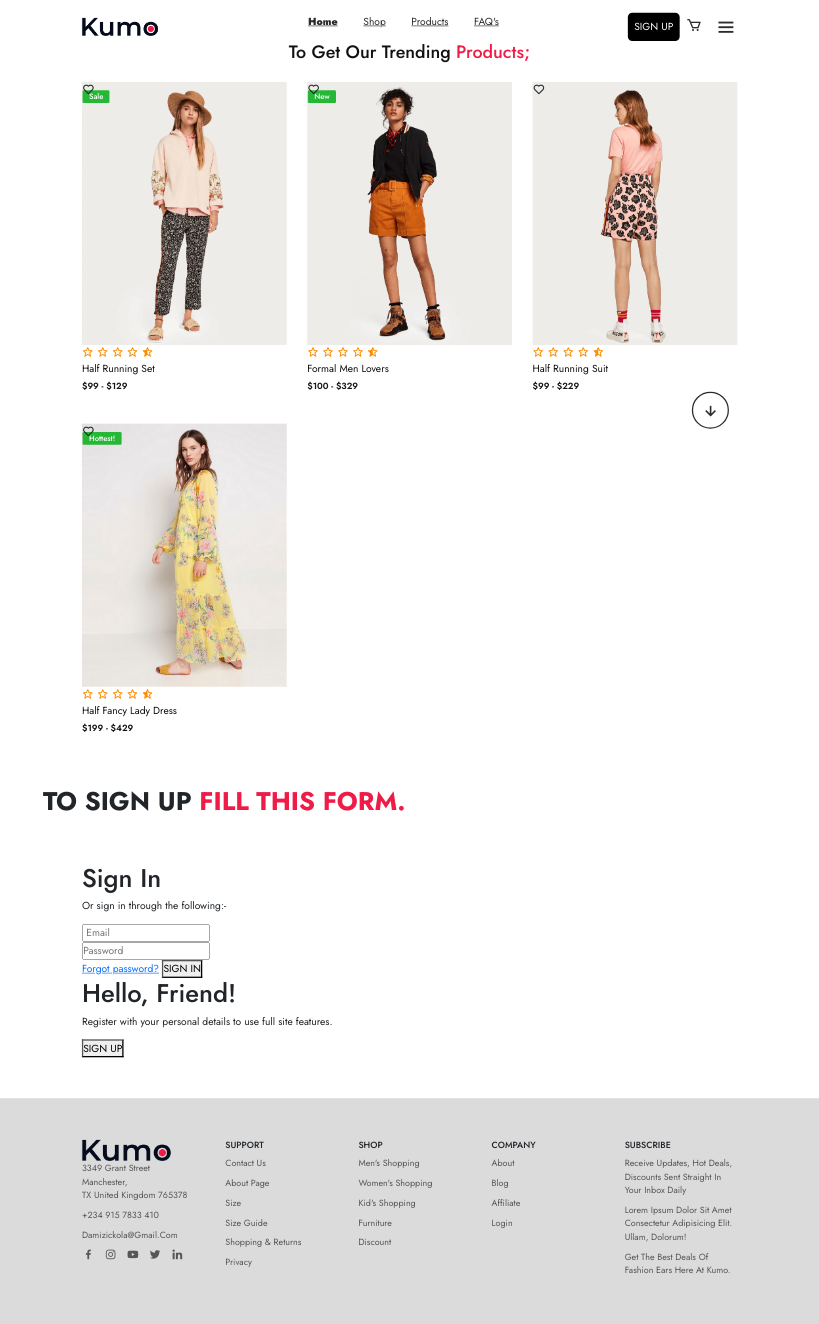
Repository: isaacCodes1/Kumo-Website.
Page: form.html
These files come from the project's save history. The page is drawn as it stood at one moment and after the next save; the edit follows.
The browser window is 1280 px wide. The pictures show the whole page, at 64% of full size.

Above is the page before, as saved 2024-03-26 11:30:07.

### form.html
<!DOCTYPE html>
<html lang="en">
  <head>
    <meta charset="UTF-8" />
    <meta name="viewport" content="width=device-width, initial-scale=1.0" />
    <link rel="stylesheet" href="style.css" />
    <link rel="stylesheet" href="Mediaquery.css" />
    <link rel="preconnect" href="https://fonts.googleapis.com" />
    <link rel="preconnect" href="https://fonts.gstatic.com" crossorigin />
    <link
      href="https://fonts.googleapis.com/css2?family=Bricolage+Grotesque:opsz,wght@12..96,200..800&family=Jost:ital,wght@0,100..900;1,100..900&family=Montserrat:ital,wght@0,100..900;1,100..900&family=Poppins:ital,wght@0,100;0,200;0,300;0,400;0,500;0,600;0,700;0,800;0,900;1,100;1,200;1,300;1,400;1,500;1,600;1,700;1,800;1,900&display=swap"
      rel="stylesheet"
    />
    <link
      rel="stylesheet"
      href="https://cdnjs.cloudflare.com/ajax/libs/font-awesome/6.5.1/css/all.min.css"
      integrity="sha512-DTOQO9RWCH3ppGqcWaEA1BIZOC6xxalwEsw9c2QQeAIftl+Vegovlnee1c9QX4TctnWMn13TZye+giMm8e2LwA=="
      crossorigin="anonymous"
      referrerpolicy="no-referrer"
    />
    <link
      rel="stylesheet"
      href="https://unpkg.com/boxicons@latest/css/boxicons.min.css"
    />
    <link
      href="https://cdn.jsdelivr.net/npm/bootstrap@5.2.3/dist/css/bootstrap.min.css"
      rel="stylesheet"
      integrity="sha384-rbsA2VBKQhggwzxH7pPCaAqO46MgnOM80zW1RWuH61DGLwZJEdK2Kadq2F9CUG65"
      crossorigin="anonymous"
    />
    <script
      src="https://cdn.jsdelivr.net/npm/bootstrap@5.2.3/dist/js/bootstrap.bundle.min.js"
      integrity="sha384-kenU1KFdBIe4zVF0s0G1M5b4hcpxyD9F7jL+jjXkk+Q2h455rYXK/7HAuoJl+0I4"
      crossorigin="anonymous"
    ></script>
    <title>Document</title>
  </head>
  <body>
    <header>
      <a href="index.html" class="logo"><img src="Assets/logo.png" alt="" /></a>
      <ul class="navmenu">
        <li><a style="font-weight: 900" href="index.html">Home</a></li>
        <li><a href="shop.html">Shop</a></li>
        <li><a href="products.html">Products</a></li>
        <li><a href="Questions.html">FAQ's</a></li>
      </ul>
      <div class="nav-icon">
        <a href="form.html" class="yes">SIGN UP</a>
        <a href="#"><i class="bx bx-cart"></i></a>
        <div class="bx bx-menu" id="menu-icon"></div>
      </div>
    </header>
    <!-- <trending-products-section-->
    <section class="trending-product" id="trending">
      <div class="center-text">
        <h2>To Get Our Trending <span>Products;</span></h2>
      </div>
      <div class="products">
        <div class="row">
          <img src="/Assets/1.jpg" alt="" />
          <div class="product-text">
            <h5>Sale</h5>
          </div>
          <div class="heart-icon">
            <i class="bx bx-heart"></i>
          </div>
          <div class="ratting">
            <i class="bx bx-star"></i>
            <i class="bx bx-star"></i>
            <i class="bx bx-star"></i>
            <i class="bx bx-star"></i>
            <i class="bx bxs-star-half"></i>
          </div>
          <div class="price">
            <h4>Half Running Set</h4>
            <p>$99 - $129</p>
          </div>
        </div>

        <div class="row">
          <img src="/Assets/2.jpg" alt="" />
          <div class="product-text">
            <h5>New</h5>
          </div>
          <div class="heart-icon">
            <i class="bx bx-heart"></i>
          </div>
          <div class="ratting">
            <i class="bx bx-star"></i>
            <i class="bx bx-star"></i>
            <i class="bx bx-star"></i>
            <i class="bx bx-star"></i>
            <i class="bx bxs-star-half"></i>
          </div>
          <div class="price">
            <h4>Formal Men Lovers</h4>
            <p>$100 - $329</p>
          </div>
        </div>
        <div class="row">
          <img src="/Assets/3.jpg" alt="" />
          <div class="heart-icon">
            <i class="bx bx-heart"></i>
          </div>
          <div class="ratting">
            <i class="bx bx-star"></i>
            <i class="bx bx-star"></i>
            <i class="bx bx-star"></i>
            <i class="bx bx-star"></i>
            <i class="bx bxs-star-half"></i>
          </div>
          <div class="price">
            <h4>Half Running Suit</h4>
            <p>$99 - $229</p>
          </div>
        </div>
        <div class="row">
          <img src="/Assets/4.jpg" alt="" />
          <div class="product-text">
            <h5>Hottest!</h5>
          </div>
          <div class="heart-icon">
            <i class="bx bx-heart"></i>
          </div>
          <div class="ratting">
            <i class="bx bx-star"></i>
            <i class="bx bx-star"></i>
            <i class="bx bx-star"></i>
            <i class="bx bx-star"></i>
            <i class="bx bxs-star-half"></i>
          </div>
          <div class="price">
            <h4>Half Fancy Lady Dress</h4>
            <p>$199 - $429</p>
          </div>
        </div>
      </div>
      <div class="down-arrow">
        <a href="#contact-info" class="down"
          ><i class="bx bx-down-arrow-alt"></i
        ></a>
      </div>
    </section>
    <h1 class="final">TO SIGN UP <span> FILL THIS FORM.</span></h1>
    <section class="section1">
      <div class="formContainer">
        <form class="form">
          <h1 class="pro3">Sign In</h1>
          <p>Or sign in through the following:-</p>
          <div>
            <input class="proi" type="email" placeholder=" Email" />
          </div>
          <div>
            <input class="proh" type="password" placeholder="Password" />
          </div>
          <a class="forget" href="#">Forgot password?</a>
          <button class="sign">SIGN IN</button>
        </form>
        <div class="contentText">
          <h1 class="hello">Hello, Friend!</h1>
          <p>
            Register with your personal details to use full site features.
          </p>
          <button class="pro2">SIGN UP</button>
        </div>
      </div>
    </section>

    <!-- contact-section -->

    <section class="contact">
      <div class="contact-info" id="contact-info">
        <div class="first-info">
          <img src="/Assets/logo.png" alt="" />
          <p>3349 Grant street Manchester, <br />TX United kingdom 765378</p>
          <p>+234 915 7833 410</p>
          <a href="https://mail.google.com/mail/u/0/#inbox"
            ><p>damizickola@gmail.com</p></a
          >

          <div class="social-icon">
            <a href="https://www.facebook.com/profile.php?id=61551880766580"
              ><i class="bx bxl-facebook"></i
            ></a>
            <a href="https://instagram.com"><i class="bx bxl-instagram"></i></a>
            <a href="https://www.youtube.com/watch?v=FaNTVjATYHQ"
              ><i class="bx bxl-youtube"></i
            ></a>
            <a href="#"><i class="bx bxl-twitter"></i></a>
            <a href="#"><i class="bx bxl-linkedin"></i></a>
          </div>
        </div>
        <div class="second-info">
          <h4>Support</h4>
          <p>Contact Us</p>
          <p>About Page</p>
          <p>Size</p>
          <p>Size Guide</p>
          <p>Shopping & Returns</p>
          <p>Privacy</p>
        </div>

        <div class="third-info">
          <h4>Shop</h4>
          <p>Men's Shopping</p>
          <p>Women's Shopping</p>
          <p>Kid's Shopping</p>
          <p>Furniture</p>
          <p>Discount</p>
        </div>
        <div class="fourth-info">
          <h4>Company</h4>
          <p>About</p>
          <p>Blog</p>
          <p>Affiliate</p>
          <p>Login</p>
        </div>

        <div class="five">
          <h4>Subscribe</h4>
          <p>
            Receive Updates, Hot Deals, Discounts Sent Straight In your Inbox
            Daily
          </p>
          <p>
            Lorem ipsum dolor sit amet consectetur adipisicing elit. Ullam,
            dolorum!
          </p>
          <p>Get The Best Deals Of Fashion ears Here At Kumo.</p>
        </div>
      </div>
    </section>
  </body>
  <script
    src="https://cdn.jsdelivr.net/npm/@popperjs/core@2.11.6/dist/umd/popper.min.js"
    integrity="sha384-oBqDVmMz9ATKxIep9tiCxS/Z9fNfEXiDAYTujMAeBAsjFuCZSmKbSSUnQlmh/jp3"
    crossorigin="anonymous"
  ></script>
  <script
    src="https://cdn.jsdelivr.net/npm/bootstrap@5.2.3/dist/js/bootstrap.min.js"
    integrity="sha384-cuYeSxntonz0PPNlHhBs68uyIAVpIIOZZ5JqeqvYYIcEL727kskC66kF92t6Xl2V"
    crossorigin="anonymous"
  ></script>
  <script src="java.js"></script>
</html>

### style.css
* {
  margin: 0;
  padding: 0;
  box-sizing: border-box;
  scroll-behavior: smooth;
  font-family: "Jost", sans-serif;
  list-style-type: none;
  text-decoration: none;
}
header {
  position: fixed;
  width: 100%;
  top: 0;
  right: 0;
  z-index: 1000;
  display: flex;
  align-items: center;
  justify-content: space-between;
  padding: 20px 10%;
}
.logo img {
  max-width: 120px;
  height: auto;
}
.navmenu {
  display: flex;
}
.navmenu li :hover {
  background: #000;
}
.navmenu a {
  color: #2c2c2c;
  font-size: 16px;
  text-transform: capitalize;
  padding: 10px 20px;
  font-weight: 400;
  transition: all 0.42s ease;
}
.navmenu a:hover {
  color: #ee1c47;
}
.nav-icon {
  display: flex;
  align-items: center;
}
.nav-icon i {
  margin-right: 20px;
  color: #2c2c2c;
  font-size: 25px;
  font-weight: 400;
  transition: all 0.42s ease;
}
.nav-icon i:hover {
  transform: scale(1.05);
  color: #ee1c47;
}
#menu-icon {
  font-size: 35px;
  color: #2c2c2c;
  z-index: 10001;
  cursor: pointer;
}
section {
  padding: 5% 10%;
}
.main-home {
  width: 100%;
  height: 100vh;
  background-image: url(Assets/banner-3.png);
  background-position: center;
  background-size: cover;
  display: grid;
  grid-template-columns: repeat(1, 1fr);
  align-items: center;
}
.main-text h5 {
  color: #ee1c47;
  font-size: 16px;

  text-transform: capitalize;
  font-weight: 500;
}
.main-text h1 {
  color: #000;
  font-size: 65px;
  text-transform: capitalize;
  line-height: 1.1;
  font-weight: 600;
  margin: 6px 0 10px;
}
.main-text p {
  color: #333c56;
  font-size: 20px;
  font-style: italic;
  margin-bottom: 20px;
}
.main-btn {
  display: inline-block;
  color: #111;
  font-size: 16px;
  font-weight: 500;
  text-transform: capitalize;
  border: 2px solid#111;
  padding: 12px 25px;
  transition: all 0.42s ease;
}
.main-btn:hover {
  background: #000;
  color: #fff;
}
.main-btn i {
  vertical-align: middle;
}
.down-arrow {
  position: absolute;
  top: 85%;
  right: 11%;
}
.down i {
  font-size: 30px;
  color: #2c2c2c;
  border: 2px solid #2c2c2c;
  border-radius: 50px;
  padding: 12px 12px;
}
.down i:hover {
  background: #2c2c2c;
  color: #fff;
  transition: all 0.42s ease;
}
header.sticky {
  background: #fff;
  padding: 20px 10%;
  box-shadow: 0px 0px 10px rgb(0 0 0 /10%);
}
/* trending-section-css */
.center-text h2 {
  color: #111;
  font-size: 28px;
  text-transform: capitalize;
  text-align: center;
  margin-bottom: 30px;
}
.center-text span {
  color: #ee1c47;
}
.products {
  display: grid;
  grid-template-columns: repeat(auto-fit, minmax(260px, auto));
  gap: 2rem;
}
.row {
  position: relative;
  transition: all 0.4s;
}
.row img {
  width: 100%;
  height: auto;
  transition: all 0.4s;
}
.row img:hover {
  transform: scale(0.9);
}
.product-text h5 {
  position: absolute;
  top: 13px;
  left: 13px;
  color: #fff;
  font-size: 12px;
  font-weight: 500;
  text-transform: capitalize;
  background: #27b737;
  padding: 3px 10px;
  border-radius: 2px;
}
.heart-icon {
  position: absolute;
  right: 0;
  font-size: 20px;
}
.heart-icon:hover {
  color: #ee1c47;
}
.ratting {
  color: #ff8c00;
  font-size: 18px;
}

.price h4 {
  color: #111;
  font-size: 16px;
  text-transform: capitalize;
  font-weight: 400;
}
.price p {
  color: #151515;
  font-size: 14px;
  font-weight: 600;
}
.client-reviews {
  background: #f3f4f6;
}
.reviews {
  text-align: center;
}
.reviews h3 {
  color: #111;
  font-size: 25px;
  text-transform: capitalize;
  text-align: center;
  font-weight: 700;
}
.reviews img {
  width: 100px;
  height: auto;
  border-radius: 80px;
  margin: 10px 0;
}
.reviews p {
  color: #707070;
  font-size: 16px;
  font-weight: 400;
  line-height: 25px;
  margin-bottom: 10px;
}
.reviews h2 {
  font-size: 22px;
  color: #000;
  font-weight: 400;
  text-transform: capitalize;
  margin-bottom: 2px;
}
/* update-section-css */
.up-center-text h2 {
  text-align: center;
  color: #111;
  font-size: 25px;
  text-transform: capitalize;
  font-weight: 700;
  margin-bottom: 30px;
}
.cart img {
  width: 350px;
  height: auto;
  border-radius: 5px;
}
.update-cart {
  display: grid;
  grid-template-columns: repeat(auto-fit, minmax(380px, auto));
  gap: 1px;
}
.cart h5 {
  color: #636872;
  font-size: 14px;
  text-transform: capitalize;
  font-weight: 500;
}
.cart h4 {
  color: #111;
  font-size: 18px;
  font-weight: 600;
}
.cart p {
  color: #707070;
  font-size: 15px;
  max-width: 380px;
  line-height: 25px;
  margin-bottom: 12px;
}
.cart h6 {
  color: #151515;
  font-size: 14px;
  font-weight: 500;
}
/* contact-section */
.contact {
  background: #dbdbdb;
}
.contact-info {
  display: grid;
  grid-template-columns: repeat(auto-fit, minmax(160px, auto));
  gap: 3rem;
}
.first-info img {
  width: 140px;
  height: auto;
}
.contact-info h4 {
  color: #212529;
  font-size: 14px;
  text-transform: uppercase;
  margin-bottom: 10px;
}
.contact-info p {
  color: #565656;
  font-size: 14px;
  font-weight: 400;
  text-transform: capitalize;
  line-height: 1.5;
  margin-bottom: 10px;
  cursor: pointer;
  transition: all 0.42s;
}
.contact-info p:hover {
  color: #ee1c47;
}
.social-icon i {
  color: #565656;
  margin-right: 10px;
  font-size: 20px;
  transition: all 0.42s;
}
.social-icon i:hover {
  transform: scale(1.3);
}
.end-text {
  text-align: center;
  background: #edfff1;
  padding: 20px;
}
.end-text p {
  color: #111;
  text-transform: capitalize;
}

.location {
  width: 80%;
  margin: auto;
  padding: 80px 0;
}
.location iframe {
  width: 100%;
}
.center-text1 h2 {
  font-size: 30px;
}
.center-text1 span {
  color: #ee1c47;
}
.button3 {
  padding: 9px;
  border: 1px solid blue;
  font-size: 18px;
  border-radius: 5px;
  text-decoration: none;
  background: blue;
  color: #fff;
  transition: all 0.42s ease;
}
.button3:hover {
  color: #000;
  background: #fff;
}
.final {
  margin-left: 67px;
  font-weight: 700;
}
.final span {
  color: #ee1c47;
}
.up-arrow {
  border: 2px solid#000;
  width: 60px;
  border-radius: 50px;
  text-align: center;
  font-size: 30px;
}
.up-arrow i {
  color: #000;
}
.up-arrow :hover {
  background: #000;
  color: #fff;
}

.alert {
  background: blue;
  color: #fff;
  margin-top: 200px;
  font-size: 20px;
  margin-bottom: 150px;
}
.first-info a {
  text-decoration: none;
}
.up-center-text span {
  color: #ee1c47;
}
html,
body {
  position: relative;
  height: 100%;
}
body {
  background: #eee;
  font-family: Helvetica Neue, Helvetica, Arial, sans-serif;
  font-size: 14px;
  color: #000;
  margin: 0;
  padding: 0;
}

swiper-container {
  width: 100%;
  height: 100%;
}

swiper-slide {
  text-align: center;
  font-size: 18px;
  background: #000;
  display: flex;
  justify-content: center;
  align-items: center;
}

swiper-slide img {
  display: block;
  width: 100%;
  height: 100%;
  object-fit: cover;
}
.reviews {
  font-size: 25px;
  font-weight: 900;
}
.reviews span {
  color: #ee1c47;
}
.accordion {
  margin-top: 40px;
  margin-bottom: 10px;
}
.male {
  padding-top: 200px;
}
.male span {
  color: #ee1c47;
}
.yes {
  margin-right: 10px;
  padding: 10px;
  background: #000;
  color: #fff;
  border: 1px;
  transition: 1s ease-in-out;
  border-radius: 7px;
  text-decoration: none;
}
.yes:hover {
  color: #000;
  background: #dbdbdb;
}

### Mediaquery.css
@media (890px) {
  header {
    padding: 20px 3%;
    transition: 0.4s;
  }
  .center-text h2 {
    font-size: 12px;
  }
}
@media (max-width: 630px) {
  .main-text h1 {
    font-size: 50px;
    transition: 0.4s;
  }
  .main-text p {
    font-size: 18px;
    transition: 0.4s;
  }
  .main-btn {
    padding: 10px 20px;
    transition: 0.4s;
  }
  .center-text h2 {
    font-size: 12px;
  }
}
@media (max-width: 750px) {
  .navmenu {
    position: absolute;
    top: 100%;
    right: -100%;
    width: 300px;
    height: 130vh;
    background: #edfff1;
    display: flex;
    flex-direction: column;
    align-items: center;
    padding: 120px 30px;
    transition: all 0.42s;
  }
  .navmenu a {
    display: block;
    margin: 18px 0;
  }
  .navmenu.open {
    right: 0;
  }
  .center-text h2 {
    font-size: 12px;
  }
}
@media (max-width: 700px) {
  .center-text h2 {
    font-size: 0;
  }
  .header {
    margin-bottom: 20px;
    color: #000;
  }
  .cart {
    align-items: center;
    display: flex;
    flex-direction: column;
  }
  .cart img {
    width: 270px;
    margin-right: 80px;
  }
  .cart p {
    font-size: 10px;
    margin-right: 80px;
  }
  .cart h4 {
    font-size: 12px;
    margin-right: 80px;
  }
  .cart h6 {
    font-size: 10px;
    margin-right: 80px;
  }
  .contact-info {
    display: flex;
    flex-direction: column;
    align-items: center;
  }
  .center-text1 h2 {
    font-size: 25px;
  }
  .navmenu {
    padding-bottom: 30px;
  }
}

### java.js
const header = document.querySelector("header");

window.addEventListener("scroll", function () {
  header.classList.toggle("sticky", window.scrollY > 0);
});

let menu = document.querySelector("#menu-icon");
let navmenu = document.querySelector(".navmenu");

menu.onclick = () => {
  menu.classList.toggle("bx-x");
  navmenu.classList.toggle("open");
};

After the next save:
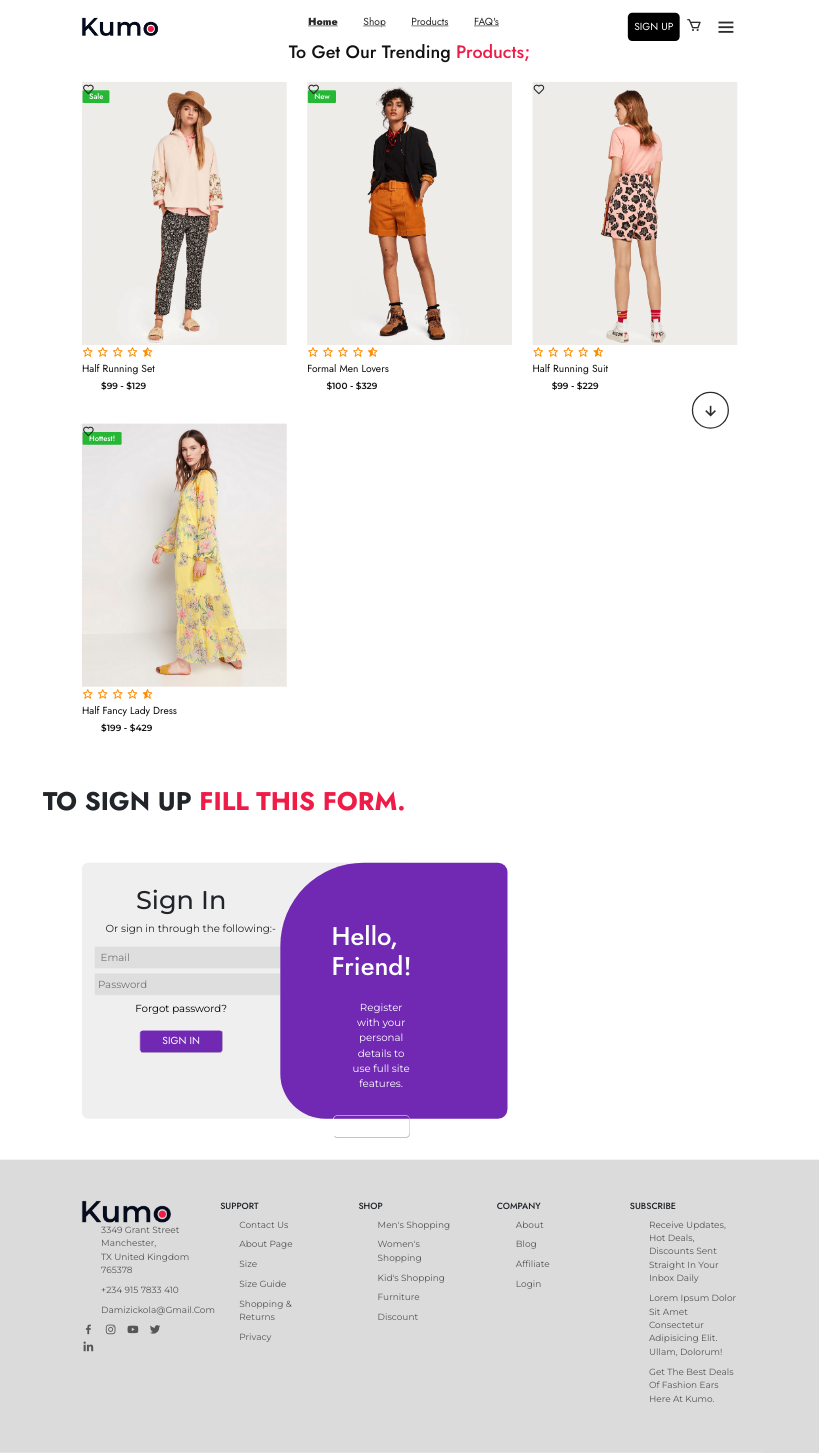
Saved 40 s later.
--- a/style.css
+++ b/style.css
@@ -451,3 +451,118 @@ swiper-slide img {
   color: #000;
   background: #dbdbdb;
 }
+.formContainer {
+  display: flex;
+  width: 50%;
+  border: 0px solid;
+  border-radius: 10px;
+  background-color: rgba(232, 231, 231, 0.644);
+  height: 400px;
+  padding-right: 200px;
+}
+.form {
+  display: flex;
+  flex-direction: column;
+  align-items: center;
+  flex: 0.5;
+}
+.contentText {
+  display: flex;
+  flex-direction: column;
+  align-items: center;
+  flex: 1;
+  gap: 20px;
+  background-color: rgb(113, 41, 180);
+  color: white;
+  border-radius: 130px 15px 15px 70px;
+  font-family: montserrat;
+  padding-left: 80px;
+  padding-right: 150px;
+  padding-top: 90px;
+}
+.pro1 {
+  margin-right: 32px;
+  font-family: montserrat;
+}
+p {
+  font-family: montserrat;
+  margin-bottom: 15px;
+  margin-left: 30px;
+
+  display: flex;
+  flex-direction: column;
+}
+.proi {
+  padding: 5px;
+  background-color: #dedede;
+  color: black;
+  border: 1px;
+  font-family: montserrat;
+  margin-bottom: 8px;
+  width: 290px;
+  margin-left: 20px;
+}
+.proh {
+  padding: 5px;
+  background-color: #dedede;
+  color: black;
+  border: 1px;
+  font-family: montserrat;
+  width: 290px;
+  margin-left: 20px;
+  margin-bottom: 10px;
+}
+.pro7 {
+  font-family: montserrat;
+}
+.pro2 {
+  background: transparent;
+  border-width: 1.5px;
+  border-radius: 8px;
+  border-color: white;
+  color: #fff;
+  padding: 5px 25px 5px 25px;
+  transition: 0.19s;
+}
+.pro2:hover {
+  transition: 0.15s;
+  background-color: #dedede;
+  color: #000;
+  cursor: pointer;
+}
+
+.pro3 {
+  font-family: montserrat;
+  padding-top: 35px;
+}
+.forget {
+  text-decoration: none;
+  color: black;
+  font-family: montserrat;
+  margin-bottom: 5px;
+}
+.sign {
+  background-color: rgb(113, 41, 180);
+  border-width: 1px;
+  border-radius: 5px;
+  border-color: white;
+  color: white;
+  padding: 5px 35px 5px 35px;
+  margin-top: 15px;
+  transition: 0.19s;
+  cursor: pointer;
+}
+.sign:hover {
+  color: #000;
+  background-color: #dedede;
+}
+.contentText .hello {
+  font-size: 40px;
+  display: flex;
+  align-items: center;
+  justify-content: center;
+  flex-direction: column;
+}
+.contentText p {
+  text-align: center;
+}
